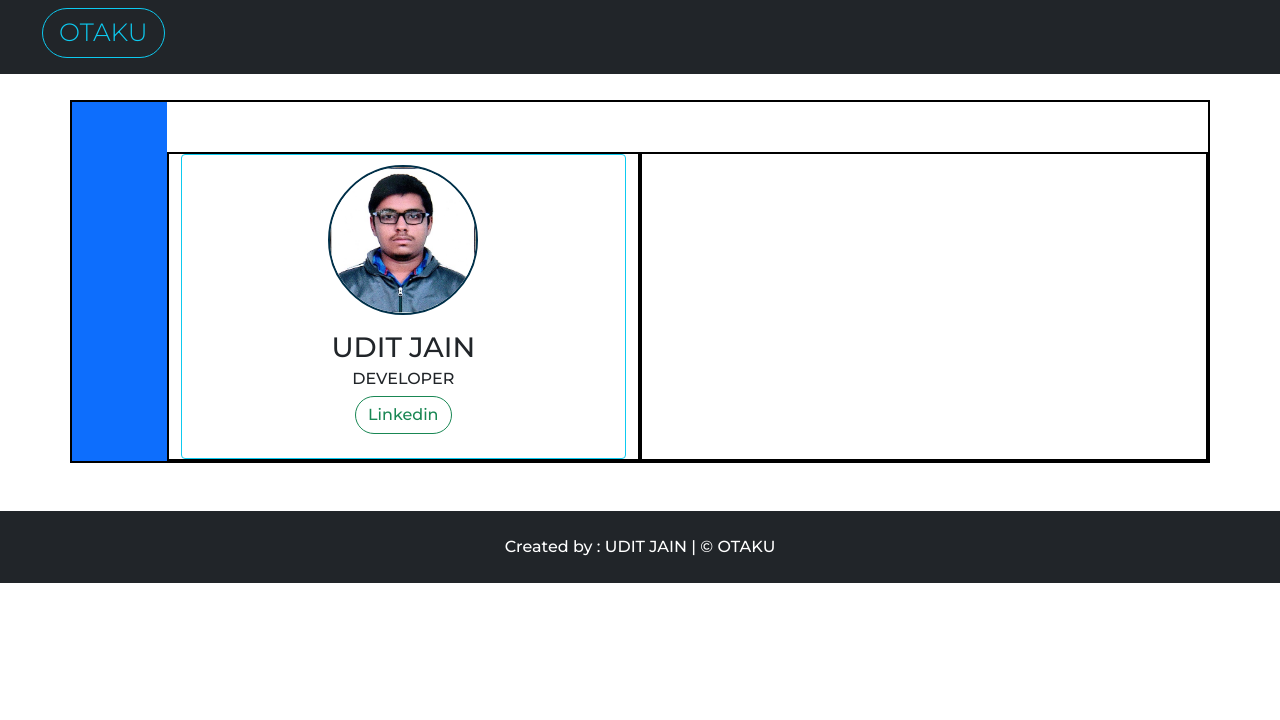
Repository: uditjain100/Responsive-Resume
Page: layouts/index.html
The author's editor kept a copy of each file at every save. The page is drawn from the files as they stood at one save, then again after the next save.
The browser window is 1280 px wide. The pictures show the whole page.
Some web libraries are served in a nearby version.

Above is the page before, as saved 2021-03-01 14:00:53.

### layouts/index.html
<!DOCTYPE html>
<html lang="en">
  <head>
    <meta charset="UTF-8" />
    <meta http-equiv="X-UA-Compatible" content="IE=edge" />
    <meta name="viewport" content="width=device-width, initial-scale=1.0" />
    <title>Udit Jain</title>
    <link rel="stylesheet" href="app.css" />
    <link
      href="https://cdn.jsdelivr.net/npm/bootstrap@5.0.0-beta1/dist/css/bootstrap.min.css"
      rel="stylesheet"
      integrity="sha384-giJF6kkoqNQ00vy+HMDP7azOuL0xtbfIcaT9wjKHr8RbDVddVHyTfAAsrekwKmP1"
      crossorigin="anonymous"
    />

    <link rel="preconnect" href="https://fonts.gstatic.com" />
    <link
      href="https://fonts.googleapis.com/css2?family=Montserrat:wght@300;500&display=swap"
      rel="stylesheet"
    />
    <link
      href="https://fonts.googleapis.com/css2?family=Roboto+Slab:wght@300&display=swap"
      rel="stylesheet"
    />
    <link
      href="https://fonts.googleapis.com/css2?family=Spartan:wght@500&display=swap"
      rel="stylesheet"
    />
    <link
      href="https://fonts.googleapis.com/css2?family=Red+Hat+Display&display=swap"
      rel="stylesheet"
    />
    <link
      href="https://fonts.googleapis.com/css2?family=Ubuntu:wght@300&display=swap"
      rel="stylesheet"
    />
    <link
      href="https://fonts.googleapis.com/css2?family=Quicksand:wght@700&display=swap"
      rel="stylesheet"
    />
    <link
      href="https://fonts.googleapis.com/css2?family=Nunito&display=swap"
      rel="stylesheet"
    />
  </head>
  <body>
    <header class="header">
      <nav class="navbar navbar-expand-lg navbar-light bg-dark pb-3 fixed-top">
        <div class="container-fluid">
          <a
            id="navtitle"
            class="navbar-brand text-info px-3 rounded-pill border border-info"
            href="#"
            >OTAKU</a
          >
        </div>
      </nav>
    </header>

    <div class="container">
      <div id="wholewindow" class="row">
        <div class="col-1 bg-primary"></div>
        <div id="leftwindow" class="col-5">
          <div id="namebox" class="card border border-info">
            <img
              id="profileimg"
              src="profile.jpg"
              class="card-img-top"
              alt="..."
            />
            <div class="card-body">
              <h3 class="card-title">UDIT JAIN</h3>
              <h6 class="card-subtitle">DEVELOPER</h6>
              <a href="#" class="btn btn-outline-success rounded-pill m-2"
                >Linkedin</a
              >
            </div>
          </div>
        </div>
        <div id="rightwindow" class="col-6"></div>
      </div>
    </div>

    <footer class="footer bg-dark mt-5 py-4">
      <div class="container">
        <span class="" style="text-align: center"
          >Created by : UDIT JAIN | &copy; OTAKU</span
        >
      </div>
    </footer>

    <script
      src="https://cdn.jsdelivr.net/npm/@popperjs/core@2.6.0/dist/umd/popper.min.js"
      integrity="sha384-KsvD1yqQ1/1+IA7gi3P0tyJcT3vR+NdBTt13hSJ2lnve8agRGXTTyNaBYmCR/Nwi"
      crossorigin="anonymous"
    ></script>
    <script
      src="https://cdn.jsdelivr.net/npm/bootstrap@5.0.0-beta2/dist/js/bootstrap.min.js"
      integrity="sha384-nsg8ua9HAw1y0W1btsyWgBklPnCUAFLuTMS2G72MMONqmOymq585AcH49TLBQObG"
      crossorigin="anonymous"
    ></script>

    <script src="https://cdnjs.cloudflare.com/ajax/libs/typed.js/2.0.11/typed.min.js"></script>

    <script src="app.js"></script>
  </body>
</html>

### layouts/app.css
/* * Common Section */

@keyframes transitionIn {
  from {
    opacity: 0;
    transform: rotateY(-10deg);
  }
  to {
    opacity: 1;
    transform: rotateY(0);
  }
}

html {
  animation: transitionIn 1s;
}

/* * Navbar Section */

#navtitle {
  font-family: "Montserrat";
  font-size: 25px;
  font-weight: 300;
  margin-left: 30px;
}

#navlist li {
  font-family: "Montserrat";
  font-weight: 200;
  margin: 10px;
  padding: 10px;
  font-size: 20px;
  transition: 0.1s;
  display: flex;
  flex-direction: column-reverse;
  align-items: center;
}

#navlist li img {
  width: 30px;
  display: none;
  height: 30px;
  margin: 5px;
  border-radius: 50%;
}

#navlist li:hover {
  font-weight: 500;
  border-bottom-left-radius: 10%;
  border-bottom-right-radius: 10%;
  border-bottom: 2px white solid;
}

@media (max-width: 993px) {
  #navlist li img {
    display: flex;
    background-color: grey;
  }
}

/*  ********************* resume work */

#wholewindow {
  margin-top: 100px;
  border: 2px black solid;
}

#leftwindow,
#rightwindow {
  margin-top: 50px;
  border: 2px black solid;
}

#namebox {
  display: flex;
  flex-direction: column;
  flex-wrap: wrap;
  justify-content: space-evenly;
  align-items: center;
  text-align: center;
  font-family: "Montserrat";
}

#profileimg {
  width: 150px;
  height: 150px;
  border-radius: 50%;
  border: 2px #003049 solid;
  margin-top: 10px;
}

/* * Common Section */

.footer {
  position: -webkit-sticky;
  left: 0;
  bottom: 0;
  width: 100%;
  color: white;
  text-align: center;
  font-family: "Montserrat";
}

Loaded but not shown: layouts/app.js (no copy from this time; the picture is the same without it)

After the next save:
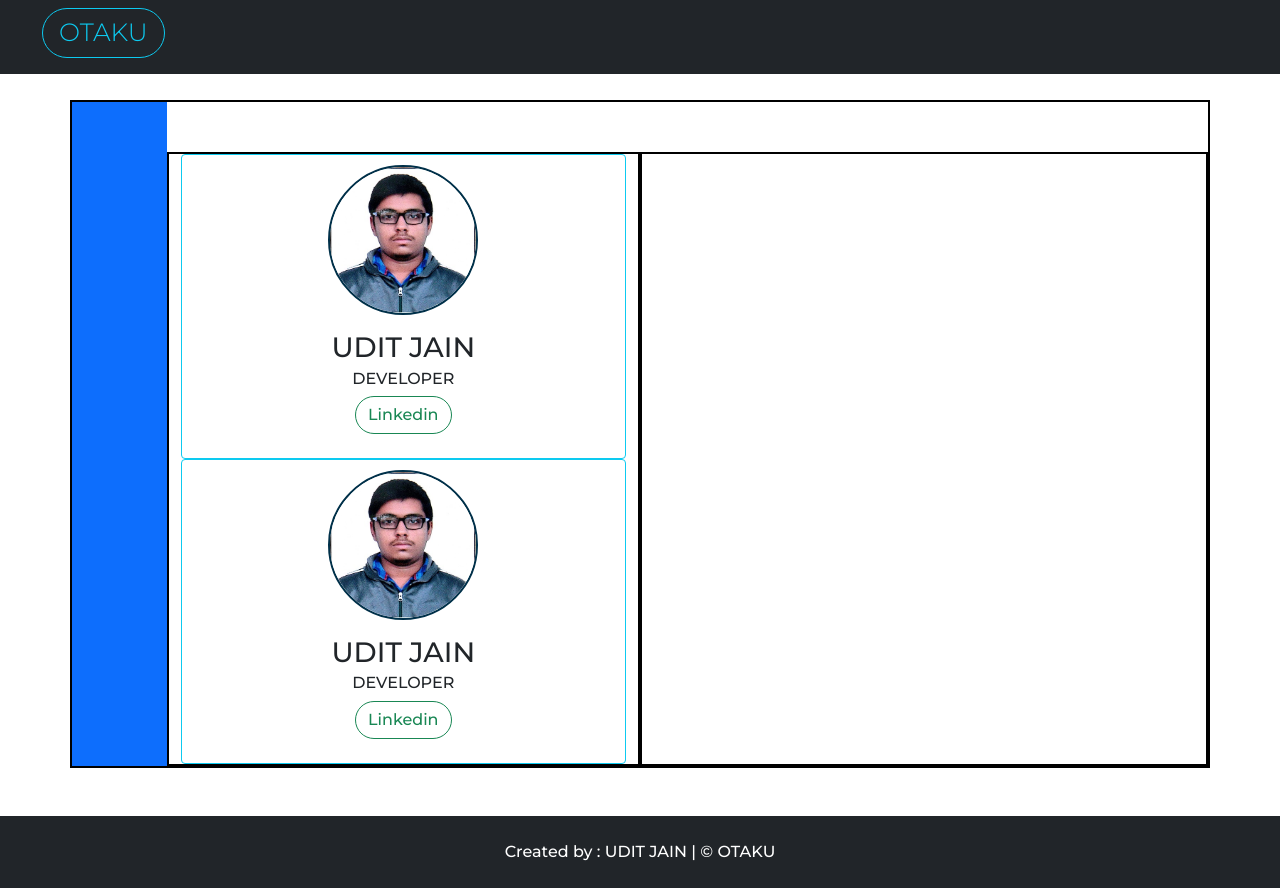
Saved 115 s later.
--- a/layouts/index.html
+++ b/layouts/index.html
@@ -76,6 +76,21 @@
               >
             </div>
           </div>
+          <div id="namebox" class="card border border-info">
+            <img
+              id="profileimg"
+              src="profile.jpg"
+              class="card-img-top"
+              alt="..."
+            />
+            <div class="card-body">
+              <h3 class="card-title">UDIT JAIN</h3>
+              <h6 class="card-subtitle">DEVELOPER</h6>
+              <a href="#" class="btn btn-outline-success rounded-pill m-2"
+                >Linkedin</a
+              >
+            </div>
+          </div>
         </div>
         <div id="rightwindow" class="col-6"></div>
       </div>
